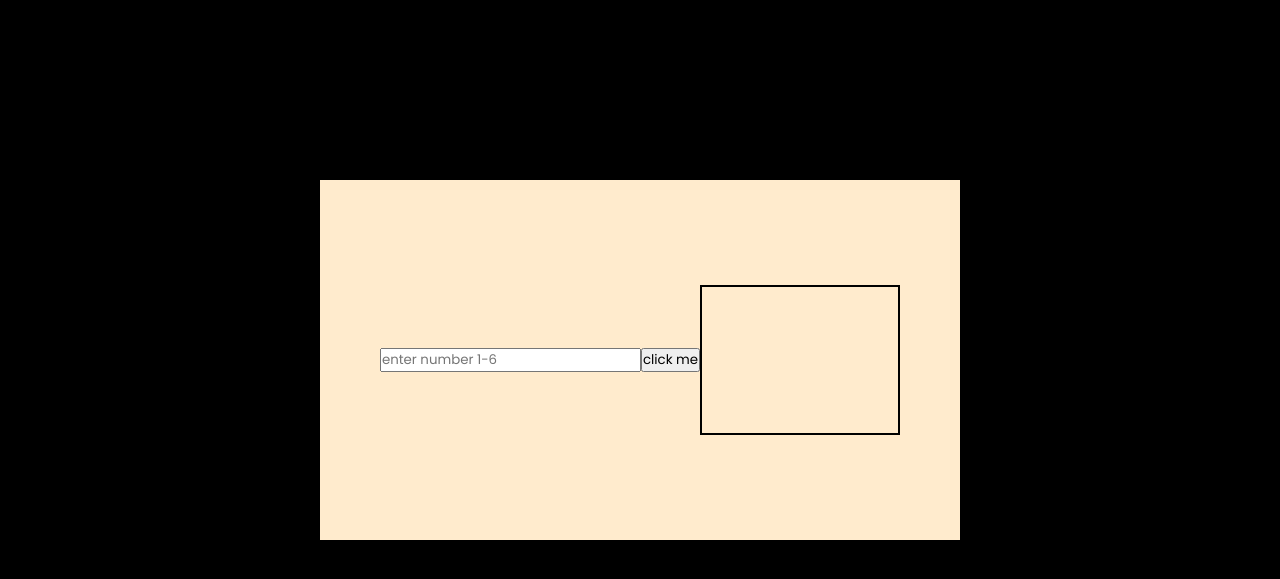
Repository: Seryozha02/Guessing-Game
Page: promise.html
These files come from the project's save history. The page is drawn as it stood at one moment and after a run of saves; the edit follows.
The browser window is 1280 px wide. The pictures show the whole page.

Above is the page before, as saved 2022-02-21 23:23:14.

### promise.html
<!DOCTYPE html>
<html lang="en">
<head>
    <meta charset="UTF-8">
    <meta http-equiv="X-UA-Compatible" content="IE=edge">
    <meta name="viewport" content="width=device-width, initial-scale=1.0">
    <link rel="stylesheet" href="./promise.css">
    <title>Document</title>
</head>
<body>
    <div class="body">
        <div class="conteiner">
            <div class="main">
                <input type="number" id="value" placeholder="enter number 1-6">
                <button class="btn" id="button">click me</button>
                <div class="table" id="show-text">
                    <p class="p1"></p>
                    <p class="p2"></p>
                </div>
                <p class="sum"></p>
            </div>
        </div>
    </div>

<source src="./promise.js" type="">
</body>
</html>

### promise.css
@import url('https://fonts.googleapis.com/css2?family=Poppins:wght@200;300;400;500;600;700&display=swap');
* {
    margin: 0;
    padding: 0;
    box-sizing: border-box;
    font-family: 'Poppins', sans-serif;
}

.body {
    background-color: black ;
    position: absolute;
    width: 100%;
    height: 100%;
    display: flex;
    align-items: center;
    justify-content: center;
}

.conteiner {
    background-color: blanchedalmond;
    position: relative;
    width: 50%;
    height: 50%;
    display: flex;
    align-items: center;
    justify-content: center;
}

.main {
    display: contents;
    flex-direction: row;
}


/* .btn {

} */

.table {
    border: 2px solid black;
    width: 200px;
    height: 150px;
}

After the next 2 saves:
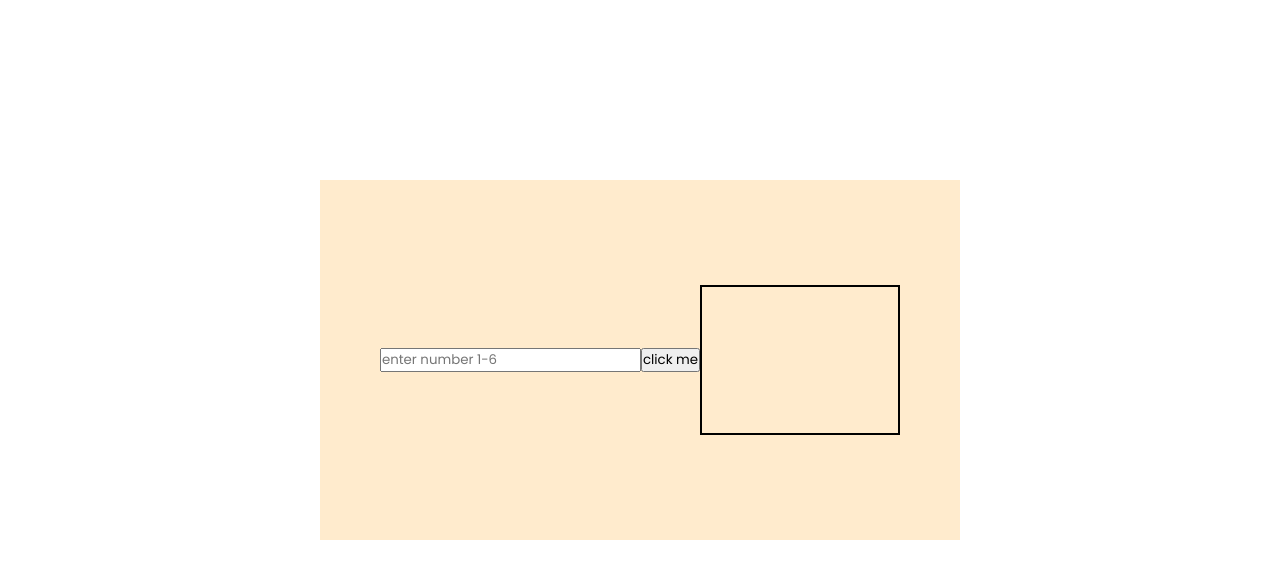
The 2 saves are shown as one change because they came seconds apart.
The last was saved 8 s later.
--- a/promise.css
+++ b/promise.css
@@ -7,7 +7,7 @@
 }
 
 .body {
-    background-color: black ;
+    background-color: ;
     position: absolute;
     width: 100%;
     height: 100%;
